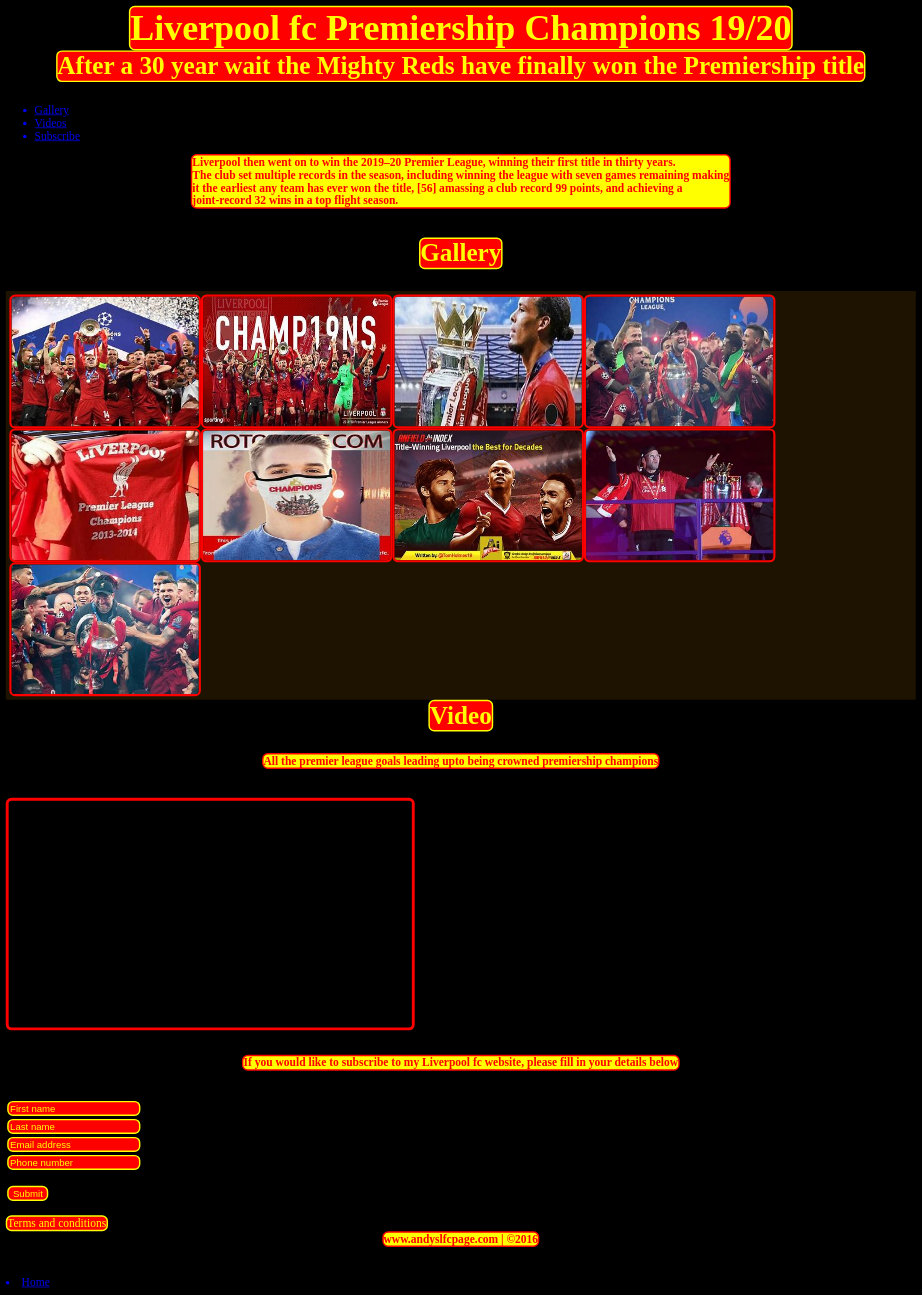
Repository: andyd71/HTML_and_CSS
Page: one_page_website/One_Page_Website.html
The author's editor kept a copy of each file at every save. The page is drawn from the files as they stood at one save, then again after the next save.
The browser window is 1280 px wide. The pictures show the whole page, at 72% of full size.
Pictures or frames that could not be fetched are drawn as grey boxes.

Above is the page before, as saved 2020-10-09 19:57:56.

After the next save:
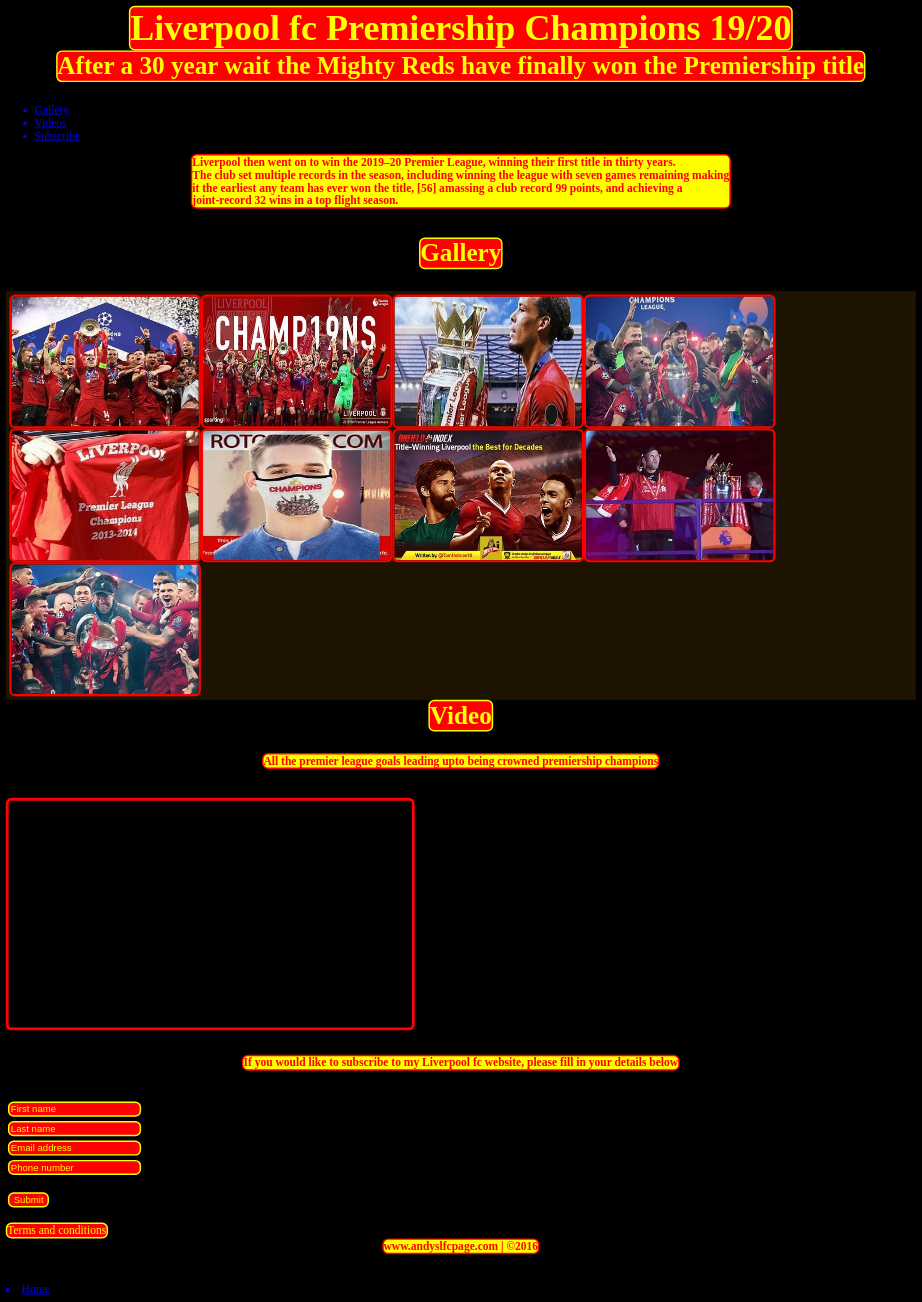
Saved 30 s later.
--- a/one_page_website/css/One_page_website.css
+++ b/one_page_website/css/One_page_website.css
@@ -55,7 +55,7 @@
 	background-color: red;
 	color: yellow;
 	border-radius: 8px;
-	margin: 2px;
+	margin: 3px;
 }
 
 #terms {
